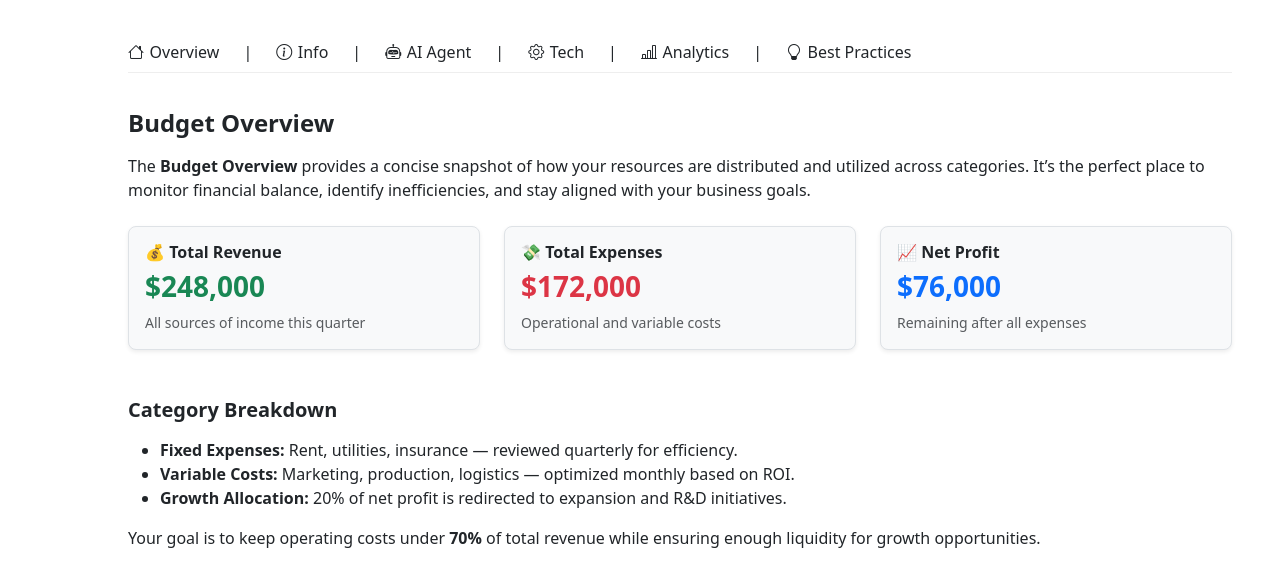
Repository: tonym642/bizcore360-wp
Page: pages/budget.html
The author's editor kept a copy of each file at every save. The page is drawn from the files as they stood at one save, then again after the next save.
The browser window is 1280 px wide. The pictures show the whole page.

Above is the page before, as saved 2025-10-23 10:48:01.

### pages/budget.html
<!DOCTYPE html>
<html lang="en">
<head>
  <meta charset="UTF-8" />
  <meta name="viewport" content="width=device-width, initial-scale=1.0" />
  <title>Budget Module</title>

  <!-- Core libraries -->
  <link href="https://cdn.jsdelivr.net/npm/bootstrap@5.3.3/dist/css/bootstrap.min.css" rel="stylesheet">
  <link href="https://cdn.jsdelivr.net/npm/bootstrap-icons@1.11.3/font/bootstrap-icons.css" rel="stylesheet">
  <script src="https://cdn.jsdelivr.net/npm/chart.js"></script>
  <script src="https://cdn.jsdelivr.net/npm/marked/marked.min.js"></script>

  <style>
    body {
      background-color: #fff;
      color: #000;
    }

    /* ✅ FIXED: Ensures content starts fully clear of sidebar */
    .content-container {
      margin-left: 80px; /* pushes everything into view */
      padding: 1.5rem 2rem;
      width: calc(100% - 80px);
      position: relative;
      z-index: 5;
    }

    .module-card {
      background-color: #fff;
      border: none;
      box-shadow: none;
      min-height: calc(100vh - 130px);
    }

    .inner-menu {
      display: flex;
      align-items: center;
      gap: 1.5rem;
      margin-bottom: 1.25rem;
      border-bottom: 1px solid #eee;
      padding-bottom: 0.5rem;
      font-weight: 400;
      white-space: nowrap;
    }

    .inner-menu a {
      text-decoration: none;
      color: #000;
      display: flex;
      align-items: center;
      gap: 0.35rem;
      cursor: pointer;
    }

    .inner-menu a:hover {
      color: #007bff;
    }

    #page-content {
      padding-top: 1rem;
      min-height: 60vh;
    }

    canvas {
      max-width: 100%;
      height: 400px !important;
    }

    .fade {
      opacity: 0;
      transition: opacity 0.4s ease-in-out;
    }
    .fade.show {
      opacity: 1;
    }
  </style>
</head>

<body data-module="budget">
  <div class="content-container">
    <div class="card module-card">
      <div class="card-body">

        <!-- Inner menu -->
        <div class="inner-menu">
          <a onclick="showPage('overview')"><i class="bi bi-house"></i> Overview</a>
          <span>|</span>
          <a onclick="showPage('info')"><i class="bi bi-info-circle"></i> Info</a>
          <span>|</span>
          <a onclick="showPage('ai-agent')"><i class="bi bi-robot"></i> AI Agent</a>
          <span>|</span>
          <a onclick="showPage('tech')"><i class="bi bi-gear"></i> Tech</a>
          <span>|</span>
          <a onclick="showPage('analytics')"><i class="bi bi-bar-chart-line"></i> Analytics</a>
          <span>|</span>
          <a onclick="showPage('best-practices')"><i class="bi bi-lightbulb"></i> Best Practices</a>
        </div>

        <!-- Dynamic content area -->
        <div id="page-content" class="fade show">
          <p style="color:#777;">Loading overview...</p>
        </div>

      </div>
    </div>
  </div>

  <!-- Shared module script -->
  <script src="../assets/js/modules.js"></script>

  <script>
    document.addEventListener("DOMContentLoaded", () => {
      if (typeof showPage === "function") {
        console.log("✅ modules.js loaded successfully");
        showPage("overview");
      } else {
        console.error("❌ modules.js not loaded or showPage() undefined");
      }
    });
  </script>
</body>
</html>

### assets/js/modules.js
// modules.js
// Shared logic controlling all BizCore360 module pages dynamically

const moduleName = document.body.getAttribute("data-module");

// ---------- LOAD MARKDOWN ----------
async function loadMarkdown(pageType) {
  const filePath = `/markdowns/${pageType}/${moduleName}.md`;
  const contentDiv = document.getElementById("page-content");
  try {
    const response = await fetch(filePath);
    if (!response.ok) throw new Error("File not found");
    const text = await response.text();
    contentDiv.innerHTML = marked.parse(text);
  } catch (error) {
    contentDiv.innerHTML = `<p style="color:#999;">No markdown found for <strong>${moduleName}</strong> (${pageType}).</p>`;
    console.error(error);
  }
}

// ---------- MAIN PAGE SWITCHER (WITH FADE) ----------
function showPage(page) {
  const contentDiv = document.getElementById("page-content");
  contentDiv.classList.remove("show");
  contentDiv.classList.add("fade");

  setTimeout(() => {
    contentDiv.innerHTML = "";

    switch (page) {
      case "overview":
        loadOverview();
        break;
      case "info":
        loadMarkdown("info");
        break;
      case "tech":
        loadMarkdown("tech");
        break;
      case "best-practices":
        loadMarkdown("best practices");
        break;
      case "analytics":
        loadAnalytics();
        break;
      case "ai-agent":
        loadAIAgent();
        break;
      default:
        contentDiv.innerHTML = `<p>Section not found.</p>`;
    }

    setTimeout(() => contentDiv.classList.add("show"), 50);
  }, 200);
}

// ---------- BUDGET OVERVIEW ----------
function loadOverview() {
  const contentDiv = document.getElementById("page-content");
  contentDiv.innerHTML = `
    <h4 class="fw-bold mb-3">Budget Overview</h4>
    <p>The <strong>Budget Overview</strong> provides a concise snapshot of how your resources are distributed and utilized across categories. It’s the perfect place to monitor financial balance, identify inefficiencies, and stay aligned with your business goals.</p>

    <div class="row mt-4">
      <div class="col-md-4">
        <div class="p-3 border rounded-3 shadow-sm bg-light">
          <h6 class="fw-semibold mb-2">💰 Total Revenue</h6>
          <h3 class="fw-bold text-success">$248,000</h3>
          <p class="small text-muted mb-0">All sources of income this quarter</p>
        </div>
      </div>
      <div class="col-md-4">
        <div class="p-3 border rounded-3 shadow-sm bg-light">
          <h6 class="fw-semibold mb-2">💸 Total Expenses</h6>
          <h3 class="fw-bold text-danger">$172,000</h3>
          <p class="small text-muted mb-0">Operational and variable costs</p>
        </div>
      </div>
      <div class="col-md-4">
        <div class="p-3 border rounded-3 shadow-sm bg-light">
          <h6 class="fw-semibold mb-2">📈 Net Profit</h6>
          <h3 class="fw-bold text-primary">$76,000</h3>
          <p class="small text-muted mb-0">Remaining after all expenses</p>
        </div>
      </div>
    </div>

    <div class="mt-5">
      <h5 class="fw-semibold mb-3">Category Breakdown</h5>
      <ul>
        <li><strong>Fixed Expenses:</strong> Rent, utilities, insurance — reviewed quarterly for efficiency.</li>
        <li><strong>Variable Costs:</strong> Marketing, production, logistics — optimized monthly based on ROI.</li>
        <li><strong>Growth Allocation:</strong> 20% of net profit is redirected to expansion and R&D initiatives.</li>
      </ul>
      <p class="mt-3">Your goal is to keep operating costs under <strong>70%</strong> of total revenue while ensuring enough liquidity for growth opportunities.</p>
    </div>
  `;
}

// ---------- BUDGET ANALYTICS ----------
function loadAnalytics() {
  const contentDiv = document.getElementById("page-content");
  contentDiv.innerHTML = `
    <h4 class="fw-bold mb-4">Budget Analytics</h4>
    <p>Explore your financial trends visually. These charts highlight income, expenses, and net profit patterns across time, giving you actionable insights for smarter planning.</p>

    <div class="row mt-4">
      <div class="col-md-6 mb-4">
        <canvas id="revenueExpensesChart"></canvas>
      </div>
      <div class="col-md-6 mb-4">
        <canvas id="profitTrendChart"></canvas>
      </div>
    </div>

    <div class="row">
      <div class="col-md-4">
        <div class="border rounded-3 p-3 bg-light shadow-sm">
          <h6 class="fw-semibold mb-2">💡 Insight</h6>
          <p class="small mb-0">Revenue growth outpaces expenses by <strong>12%</strong> on average this quarter — indicating healthy operational leverage.</p>
        </div>
      </div>
      <div class="col-md-4">
        <div class="border rounded-3 p-3 bg-light shadow-sm">
          <h6 class="fw-semibold mb-2">📊 Efficiency</h6>
          <p class="small mb-0">Expenses remain under <strong>68%</strong> of revenue — maintaining your target margin for profitability.</p>
        </div>
      </div>
      <div class="col-md-4">
        <div class="border rounded-3 p-3 bg-light shadow-sm">
          <h6 class="fw-semibold mb-2">📅 Forecast</h6>
          <p class="small mb-0">If current trends continue, projected Q2 net profit could exceed <strong>$90,000</strong>.</p>
        </div>
      </div>
    </div>
  `;

  renderBudgetCharts();
}

// ---------- BUDGET CHARTS ----------
function renderBudgetCharts() {
  const revenueExpensesCtx = document.getElementById("revenueExpensesChart");
  const profitTrendCtx = document.getElementById("profitTrendChart");

  if (!revenueExpensesCtx || !profitTrendCtx) return;

  // Chart 1: Revenue vs Expenses
  new Chart(revenueExpensesCtx, {
    type: "bar",
    data: {
      labels: ["Jan", "Feb", "Mar", "Apr", "May", "Jun"],
      datasets: [
        {
          label: "Revenue",
          data: [12000, 15000, 14000, 18000, 16000, 20000],
          backgroundColor: "rgba(54,162,235,0.7)",
          borderRadius: 6,
        },
        {
          label: "Expenses",
          data: [8000, 9000, 9500, 10000, 10500, 11000],
          backgroundColor: "rgba(255,99,132,0.7)",
          borderRadius: 6,
        },
      ],
    },
    options: {
      responsive: true,
      plugins: {
        legend: { position: "bottom" },
        title: { display: true, text: "Revenue vs Expenses (6-Month Overview)" },
      },
      scales: {
        y: { beginAtZero: true, ticks: { stepSize: 5000 } },
      },
    },
  });

  // Chart 2: Net Profit Trend
  new Chart(profitTrendCtx, {
    type: "line",
    data: {
      labels: ["Jan", "Feb", "Mar", "Apr", "May", "Jun"],
      datasets: [
        {
          label: "Net Profit",
          data: [4000, 6000, 4500, 8000, 5500, 9000],
          borderColor: "rgba(75,192,192,1)",
          backgroundColor: "rgba(75,192,192,0.2)",
          tension: 0.35,
          fill: true,
        },
      ],
    },
    options: {
      responsive: true,
      plugins: {
        legend: { position: "bottom" },
        title: { display: true, text: "Net Profit Trend (6-Month Performance)" },
      },
      scales: {
        y: { beginAtZero: true, ticks: { stepSize: 2000 } },
      },
    },
  });
}

// ---------- AI AGENT PLACEHOLDER ----------
function loadAIAgent() {
  const contentDiv = document.getElementById("page-content");
  contentDiv.innerHTML = `
    <h4 class="fw-bold mb-3">AI Agent</h4>
    <p>The AI Agent will soon help you analyze <strong>${capitalize(moduleName)}</strong> data, detect trends, and recommend optimization strategies.</p>
    <p><em>Coming soon...</em></p>
  `;
}

// ---------- UTILITIES ----------
function capitalize(str) {
  return str.charAt(0).toUpperCase() + str.slice(1);
}
window.showPage = showPage;

After the next save:
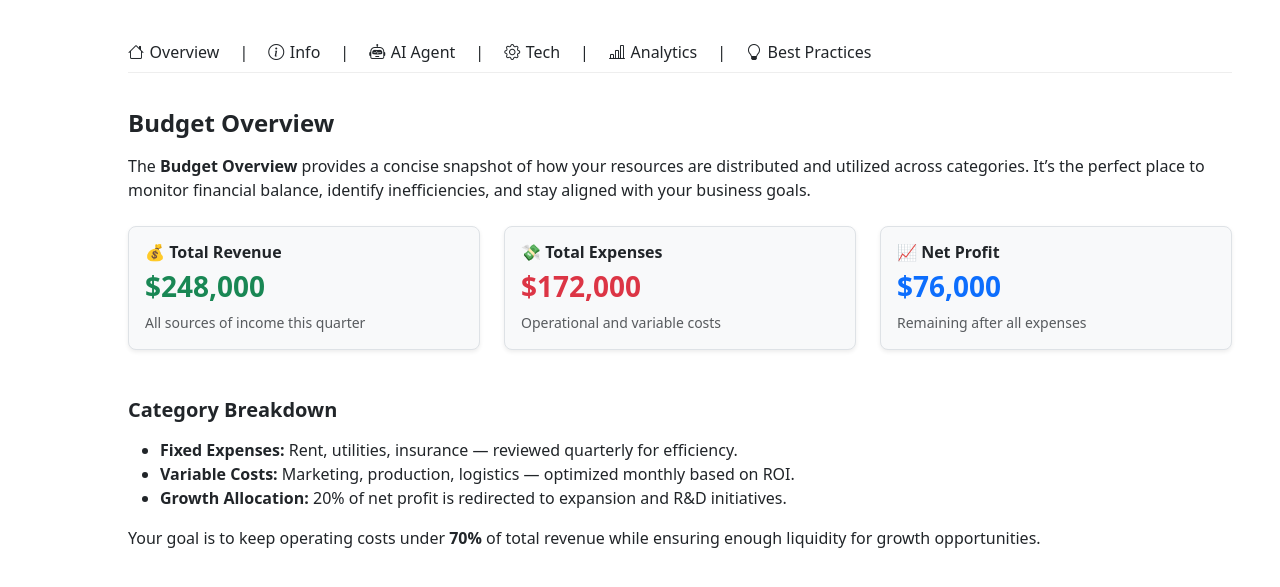
Saved 7 s later.
--- a/pages/budget.html
+++ b/pages/budget.html
@@ -17,9 +17,9 @@
       color: #000;
     }
 
-    /* ✅ FIXED: Ensures content starts fully clear of sidebar */
+    /* Content spacing fix so sidebar doesn't cover Overview */
     .content-container {
-      margin-left: 80px; /* pushes everything into view */
+      margin-left: 80px;
       padding: 1.5rem 2rem;
       width: calc(100% - 80px);
       position: relative;
@@ -33,15 +33,16 @@
       min-height: calc(100vh - 130px);
     }
 
+    /* Responsive inner menu */
     .inner-menu {
       display: flex;
+      flex-wrap: wrap;
       align-items: center;
-      gap: 1.5rem;
+      gap: 1.25rem;
       margin-bottom: 1.25rem;
       border-bottom: 1px solid #eee;
       padding-bottom: 0.5rem;
       font-weight: 400;
-      white-space: nowrap;
     }
 
     .inner-menu a {
@@ -71,8 +72,22 @@
       opacity: 0;
       transition: opacity 0.4s ease-in-out;
     }
+
     .fade.show {
       opacity: 1;
+    }
+
+    /* 📱 Mobile view fix */
+    @media (max-width: 768px) {
+      .content-container {
+        margin-left: 0 !important;
+        padding: 1rem;
+        width: 100%;
+      }
+      .inner-menu {
+        justify-content: center;
+        text-align: center;
+      }
     }
   </style>
 </head>
@@ -82,7 +97,6 @@
     <div class="card module-card">
       <div class="card-body">
 
-        <!-- Inner menu -->
         <div class="inner-menu">
           <a onclick="showPage('overview')"><i class="bi bi-house"></i> Overview</a>
           <span>|</span>
@@ -97,7 +111,6 @@
           <a onclick="showPage('best-practices')"><i class="bi bi-lightbulb"></i> Best Practices</a>
         </div>
 
-        <!-- Dynamic content area -->
         <div id="page-content" class="fade show">
           <p style="color:#777;">Loading overview...</p>
         </div>
@@ -106,9 +119,7 @@
     </div>
   </div>
 
-  <!-- Shared module script -->
   <script src="../assets/js/modules.js"></script>
-
   <script>
     document.addEventListener("DOMContentLoaded", () => {
       if (typeof showPage === "function") {
